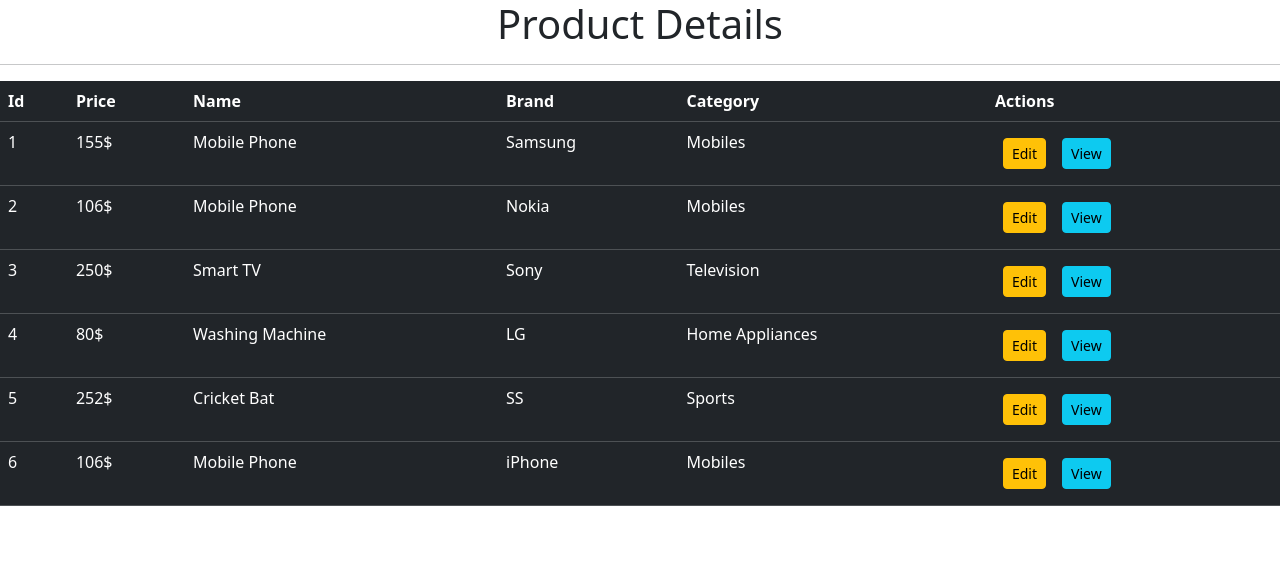
Repository: SriChakraTeja/json-crud
Page: /
The author's editor kept a copy of each file at every save. The page is drawn from the files as they stood at one save, then again after the next save.
The browser window is 1280 px wide. The pictures show the whole page.
The project was rebuilt for these pictures with package versions that can differ from the ones it lists, and the page was loaded fresh each time. Requests to the local data server were answered from the project's data file. Also part of the build but not shown: src/components/ProductDetails.js.

Above is the page before, as saved 2023-12-23 14:01:14.

### src/index.js
import React from 'react';
import ReactDOM from 'react-dom/client';
import './index.css';
import App from './App';
import reportWebVitals from './reportWebVitals';
import { BrowserRouter as Router } from 'react-router-dom';
import '../node_modules/bootstrap/dist/css/bootstrap.min.css'

const root = ReactDOM.createRoot(document.getElementById('root'));
root.render(
  <React.StrictMode>
    <Router>
      <App />
    </Router>
  </React.StrictMode>
);

// If you want to start measuring performance in your app, pass a function
// to log results (for example: reportWebVitals(console.log))
// or send to an analytics endpoint. Learn more: https://bit.ly/CRA-vitals
reportWebVitals();

### src/App.js
import React from 'react'
import { Routes,Route } from 'react-router-dom'
import Home from './components/Home'
import ProductDetails from './components/ProductDetails'

const App = () => {
  return (
    <main>
      <Routes>
        <Route path="/" element = {<Home/>}/>
        <Route path='/products/:id' element= {<ProductDetails />} />
      </Routes>
    </main>
  )
}

export default App

### src/components/Home.js
import React, { useEffect } from 'react'
import { useState } from 'react'

const Home = () => {
    const [products, setProducts] = useState([])
    const url = 'http://localhost:3100/products'
    useEffect(()=> {
        fetch(url).then(response=>response.json())
        .then(data=>setProducts(data))
    })
    return (
        <section>
            <h1 className='text-center'>
                Product Details
            </h1>
            <hr/>
            <table className='table table-dark'>
                <thead>
                    <tr>
                        <th>Id</th>
                        <th>Price</th>
                        <th>Name</th>
                        <th>Brand</th>
                        <th>Category</th>
                        <th>Actions</th>
                    </tr>
                </thead>
                <tbody>
                    {
                        products.map((product) =>
                            <tr>
                                <td>{product.id}</td>
                                <td>{product.price}$</td>
                                <td>{product.name}</td>
                                <td>{product.brand}</td>
                                <td>{product.category}</td>
                                <td>
                                    <button className='btn btn-sm btn-warning m-2'>Edit</button>
                                    <button className='btn btn-sm btn-info m-2'>View</button>
                                </td>
                            </tr>
                        )
                    }
                </tbody>
            </table>
        </section>
    )
}

export default Home

### db.json
{
    "products" : [
        {
            "id" : 1,
            "price" : 155,
            "name" : "Mobile Phone",
            "brand" : "Samsung",
            "category" : "Mobiles"
        },
        {
            "id" : 2,
            "price" : 106,
            "name" : "Mobile Phone",
            "brand" : "Nokia",
            "category" : "Mobiles"
        },
        {
            "id" : 3,
            "price" : 250,
            "name" : "Smart TV",
            "brand" : "Sony",
            "category" : "Television"
        },
        {
            "id" : 4,
            "price" : 80,
            "name" : "Washing Machine",
            "brand" : "LG",
            "category" : "Home Appliances"
        },
        {
            "id" : 5,
            "price" : 252,
            "name" : "Cricket Bat",
            "brand" : "SS",
            "category" : "Sports"
        },
        {
            "id" : 6,
            "price" : 106,
            "name" : "Mobile Phone",
            "brand" : "iPhone",
            "category" : "Mobiles"
        }
    ]
}

Loaded but not shown: public/index.html (common file); src/index.css (common file); src/reportWebVitals.js (common file)

After the next save:
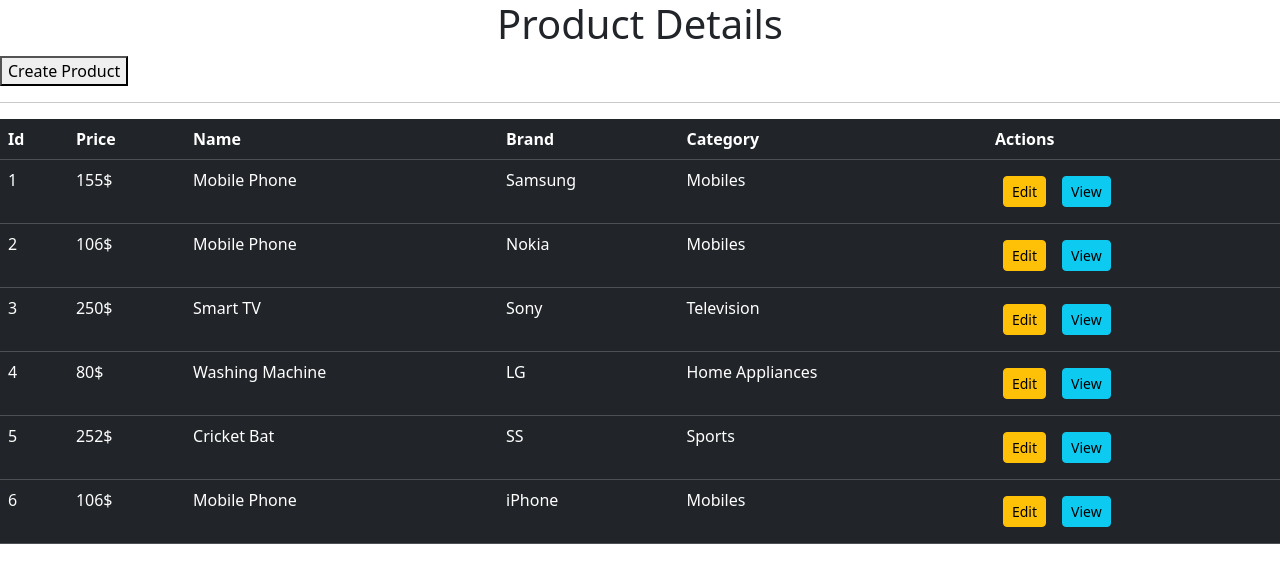
Saved 15 s later.
--- a/src/components/Home.js
+++ b/src/components/Home.js
@@ -13,6 +13,7 @@ const Home = () => {
             <h1 className='text-center'>
                 Product Details
             </h1>
+            <button>Create Product</button>
             <hr/>
             <table className='table table-dark'>
                 <thead>
